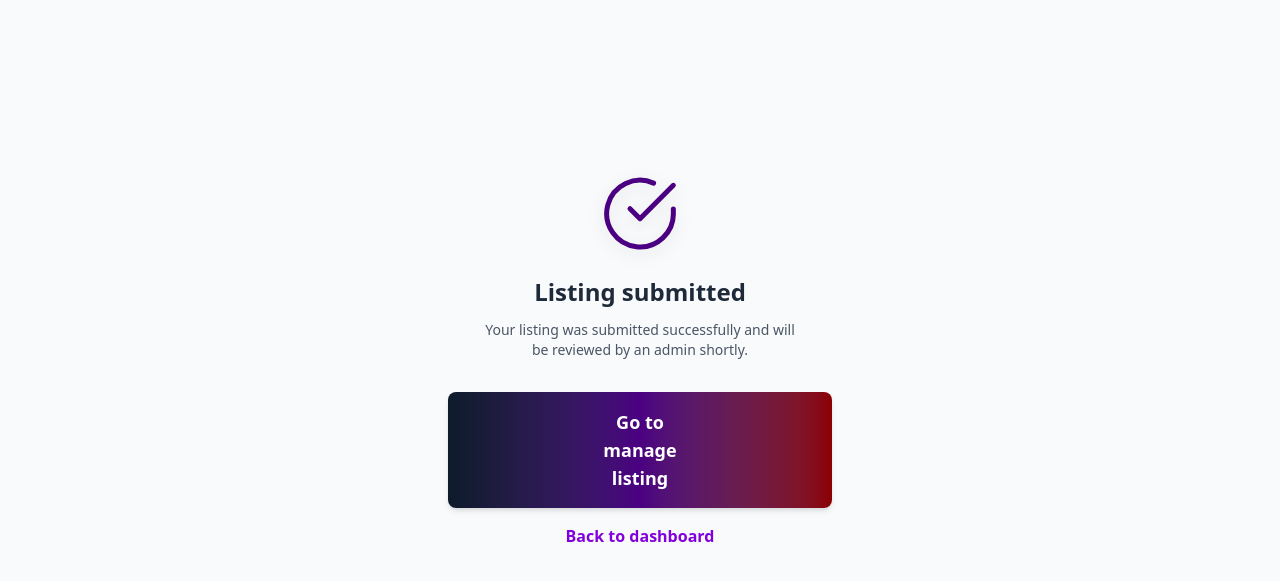
Repository: Em-driod/spotify-clone
Page: /third
These files come from the project's save history. The page is drawn as it stood at one moment and after the next save; the edit follows.
The browser window is 1280 px wide. The pictures show the whole page.
The project was rebuilt for these pictures with package versions that can differ from the ones it lists, and the page was loaded fresh each time. Also part of the build but not shown: vite.config.ts, src/pages/veryify.tsx, src/pages/LandingPage.tsx, src/pages/Back.tsx, src/pages/Change.tsx, src/pages/onboard.tsx, src/pages/Skips.tsx, src/pages/Otp.tsx and 12 more.

Above is the page before, as saved 2025-07-09 19:04:12.

### src/App.tsx
import { BrowserRouter as Router, Routes, Route, useLocation } from 'react-router-dom';
import { AnimatePresence } from 'framer-motion';
import Welcome from './pages/veryify';
import LandingPage from './pages/LandingPage';
import Back from './pages/Back';
import Change from './pages/Change';
import Skips from './pages/Skips';
import Otp from './pages/Otp';
import First from './pages/First';
import Second from './pages/second';
import Fourth from './pages/fourth';
import Third from './pages/Third';
import Fifth from './pages/fifth';
import Signup from './pages/Signup';
import Manage from  './pages/Manage'

// Import the new ChatFeature component
import ChatFeature from './pages/ChatFeature'; // Adjust path based on where you saved it

const AnimatedRoutes = () => {
  const location = useLocation();

  return (
    <AnimatePresence mode="wait">
      <Routes location={location} key={location.pathname}>
        <Route path="/" element={<LandingPage />} />
        <Route path="/skip" element={<Skips />} />
        <Route path="/welcome" element={<Welcome />} />
        <Route path="/back" element={<Back />} />
        <Route path="/forget" element={<Change />} />
        <Route path="/Otp" element={<Otp />} />
        <Route path="/first" element={<First />} />
        <Route path="/second" element={<Second />} />
        <Route path="/third" element={<Third />} />
        <Route path="/fourth" element={<Fourth />} />
        <Route path="/fifth" element={<Fifth />} />
        <Route path="/signup" element={<Signup />} />
        <Route path="/Manage" element={<Manage />} />

        {/* Add the new route for the chat feature */}
        <Route path="/messages" element={<ChatFeature />} />
        {/* You could also use "/chat" or any other desired path */}

        {/* Add more routes as needed */}
      </Routes>
    </AnimatePresence>
  );
};

const App = () => {
  return (
    <Router>
      <AnimatedRoutes />
    </Router>
  );
};

export default App;

### src/pages/Third.tsx
import { Link } from "react-router-dom";

const Third = () => {
  return (
    <div className="min-h-screen flex flex-col items-center justify-center bg-gray-50 font-sans p-5">
      <div className="flex flex-col items-center text-center">
        {/* Checkmark Icon */}
        <div className="mb-6">
          <svg
            width="80"
            height="80"
            viewBox="0 0 24 24"
            fill="none"
            stroke="#4B0082" // Deep purple color
            strokeWidth="1.5"
            strokeLinecap="round"
            strokeLinejoin="round"
            className="feather feather-check-circle"
            style={{ filter: 'drop-shadow(0 4px 8px rgba(0,0,0,0.1))' }}
          >
            <path d="M22 11.08V12a10 10 0 1 1-5.93-8.66"></path>
            <polyline points="22 4 12 14.01 9 11.01"></polyline>
          </svg>
        </div>

        {/* Listing Submitted Text */}
        <h1 className="text-2xl font-bold text-gray-800 mb-3">
          Listing submitted
        </h1>

        {/* Description Text */}
        <p className="text-sm text-gray-600 mb-8 max-w-xs">
          Your listing was submitted successfully and will be reviewed by an admin shortly.
        </p>

        {/* Go to manage listing Button */}
        <Link to='/manage'>
        <button
          className="w-full max-w-sm py-4 px-36 rounded-lg text-lg font-bold text-white shadow-md transition-all duration-300 mb-4
          bg-gradient-to-r from-[#0d1b2a] via-[#4b0082] to-[#8b0000] hover:from-purple-900 hover:to-purple-600"
          >
          Go to manage listing
        </button>
          </Link>

        {/* Back to dashboard Link */}
        <Link to='/First'>
        <p

         className="text-purple-700 font-semibold text-base hover:underline"
         >
          Back to dashboard
        </p>
          </Link>
      </div>
    </div>
  );
};

export default Third;

Loaded but not shown: index.html (common file); src/main.tsx (common file); src/index.css (common file)

After the next save:
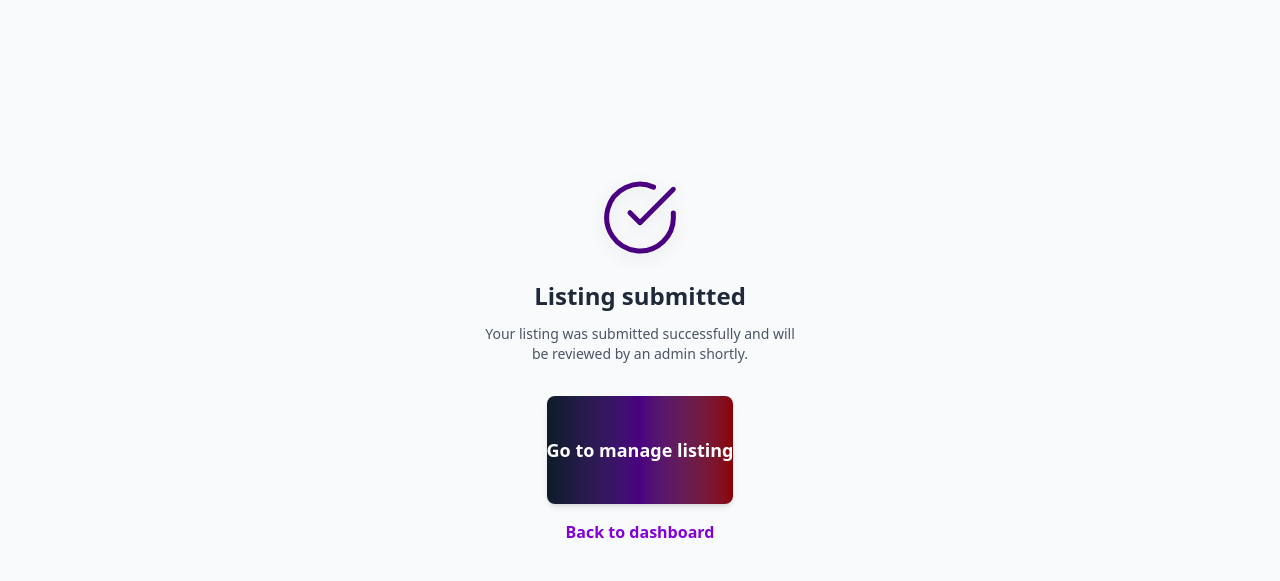
Saved 22 s later.
--- a/src/pages/Third.tsx
+++ b/src/pages/Third.tsx
@@ -36,7 +36,7 @@ const Third = () => {
         {/* Go to manage listing Button */}
         <Link to='/manage'>
         <button
-          className="w-full max-w-sm py-4 px-36 rounded-lg text-lg font-bold text-white shadow-md transition-all duration-300 mb-4
+          className="w-full max-w-sm py-10 rounded-lg text-lg font-bold text-white shadow-md transition-all duration-300 mb-4
           bg-gradient-to-r from-[#0d1b2a] via-[#4b0082] to-[#8b0000] hover:from-purple-900 hover:to-purple-600"
           >
           Go to manage listing
